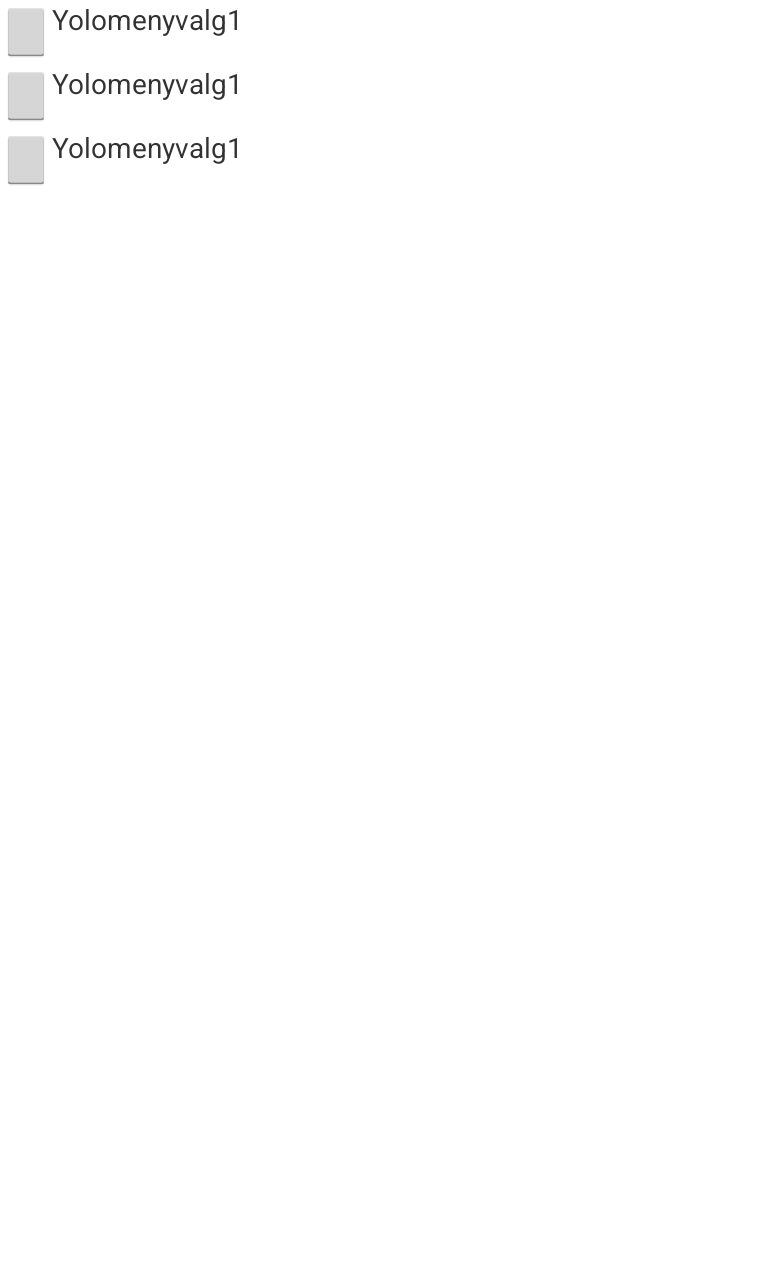
Repository: pumalove/workspace
Layout: MainActivity/res/layout/gridview.xml
An editor plug-in stored every save of this project. The layout is shown before and after the next save, followed by the edit.
It is drawn on a 768 x 1280 px phone screen (xhdpi) without system bars, with theme AppTheme; the app's code is not run. Lists and similar views that code fills are empty.

Above is the layout before, as saved 2014-03-12 13:49:42.

After the next save:
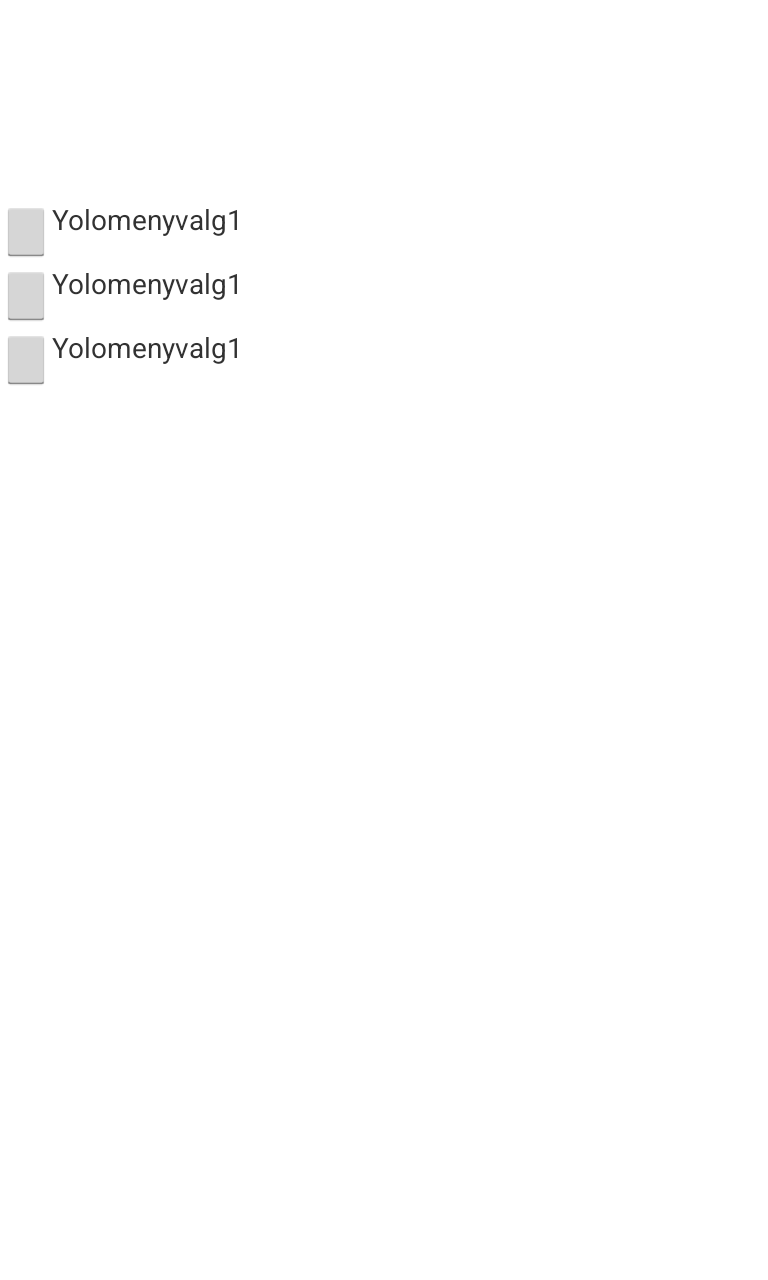
Saved 18 s later.
--- a/MainActivity/res/layout/gridview.xml
+++ b/MainActivity/res/layout/gridview.xml
@@ -20,6 +20,7 @@
             android:horizontalSpacing="10dp"
             android:stretchMode="columnWidth"
             android:gravity="center"
+            android:layout_height="100dp"
             />
 
 
